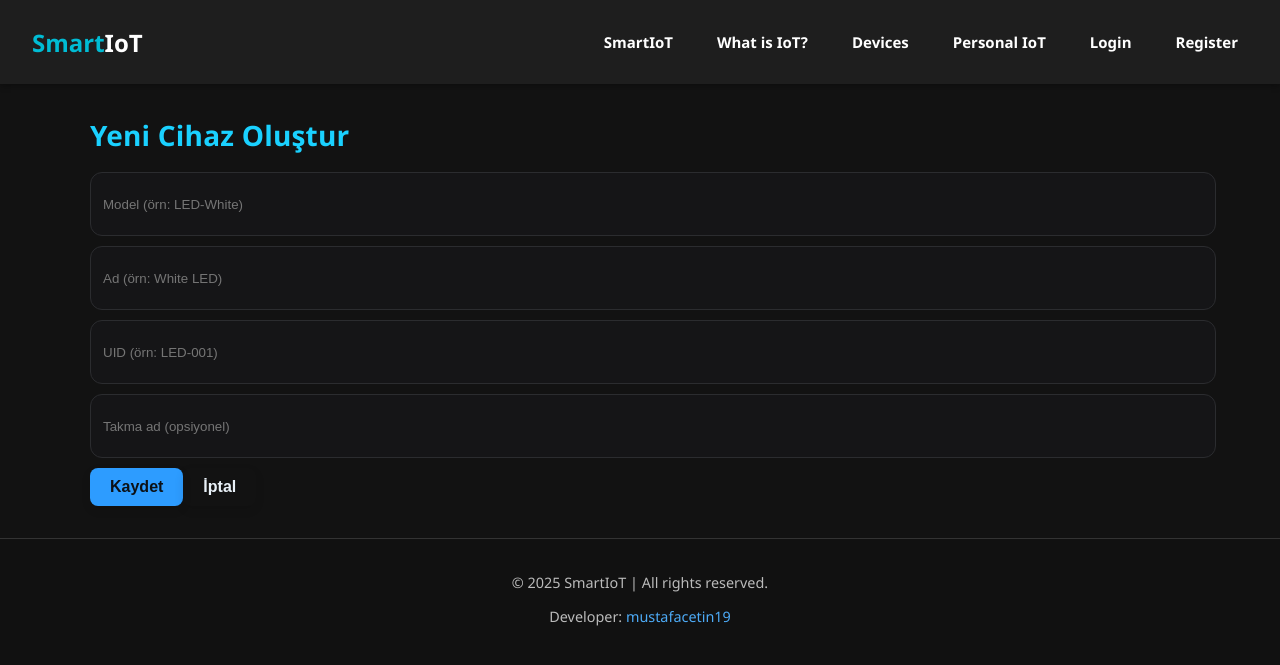
Repository: mustafacetin19/SmartIoT
Page: /my-devices/new (app in Frontend/smartiot-frontend/)
An editor plug-in stored every save of this project. The page is shown before and after the next save, followed by the edit.
The browser window is 1280 px wide. The pictures show the whole page.
The project was rebuilt for these pictures with package versions that can differ from the ones it lists, and the page was loaded fresh each time. Also part of the build but not shown: Frontend/smartiot-frontend/src/components/HeroSection.jsx, Frontend/smartiot-frontend/src/pages/Home.jsx, Frontend/smartiot-frontend/src/pages/LoginPage.js, Frontend/smartiot-frontend/src/pages/RegisterPage.js, Frontend/smartiot-frontend/src/pages/About.css, Frontend/smartiot-frontend/src/pages/About.jsx, Frontend/smartiot-frontend/src/pages/Devices.css, Frontend/smartiot-frontend/src/pages/Devices.jsx and 15 more.

Above is the page before, as saved 2025-08-11 14:14:15.

### Frontend/smartiot-frontend/public/index.html
<!DOCTYPE html>
<html lang="en">
  <head>
    <meta charset="utf-8" />
    <link rel="icon" href="%PUBLIC_URL%/logo-icon.ico" />
    <meta name="viewport" content="width=device-width, initial-scale=1" />
    <meta name="theme-color" content="#000000" />
    <meta
      name="description"
      content="Web site created using create-react-app"
    />
    <link rel="apple-touch-icon" href="%PUBLIC_URL%/logo192.png" />
    <!--
      manifest.json provides metadata used when your web app is installed on a
      user's mobile device or desktop. See https://developers.google.com/web/fundamentals/web-app-manifest/
    -->
    <link rel="manifest" href="%PUBLIC_URL%/manifest.json" />
    <!--
      Notice the use of %PUBLIC_URL% in the tags above.
      It will be replaced with the URL of the `public` folder during the build.
      Only files inside the `public` folder can be referenced from the HTML.

      Unlike "/favicon.ico" or "favicon.ico", "%PUBLIC_URL%/favicon.ico" will
      work correctly both with client-side routing and a non-root public URL.
      Learn how to configure a non-root public URL by running `npm run build`.
    -->
    <title>IoT Panel</title>
  </head>
  <body>
    <noscript>You need to enable JavaScript to run this app.</noscript>
    <div id="root"></div>
    <!--
      This HTML file is a template.
      If you open it directly in the browser, you will see an empty page.

      You can add webfonts, meta tags, or analytics to this file.
      The build step will place the bundled scripts into the <body> tag.

      To begin the development, run `npm start` or `yarn start`.
      To create a production bundle, use `npm run build` or `yarn build`.
    -->
  </body>
</html>

### Frontend/smartiot-frontend/src/App.jsx
// src/App.jsx
import React from 'react';
import { BrowserRouter as Router, Routes, Route, useLocation } from 'react-router-dom';

import Home from './pages/Home';
import LoginPage from './pages/LoginPage';
import RegisterPage from './pages/RegisterPage';
import About from './pages/About';
import Devices from './pages/Devices';
import CustomPanel from './pages/CustomPanel';
import AddDevicePage from './pages/AddDevicePage';
import DeviceSelectionPage from './pages/DeviceSelectionPage';
import UserSettingsPage from './pages/UserSettingsPage';
import DemoPanel from './pages/DemoPanel';
import NotFound from './pages/NotFoundPage';
import DeviceRegistrationPage from './pages/DeviceRegistrationPage';
import RoomCreationPage from './pages/RoomCreationPage';

import Navbar from './components/Navbar';
import Footer from './components/Footer';
import PrivateRoute from './components/PrivateRoute';

function AppContent() {
  const location = useLocation();
  const hideLayoutRoutes = [];
  const hideLayout = hideLayoutRoutes.includes(location.pathname);

  return (
    <>
      {!hideLayout && <Navbar />}
      <Routes>
        {/* Public */}
        <Route path="/" element={<Home />} />
        <Route path="/login" element={<LoginPage />} />
        <Route path="/register" element={<RegisterPage />} />
        <Route path="/about" element={<About />} />
        <Route path="/devices" element={<Devices />} />
        <Route path="/demo-panel" element={<DemoPanel />} />
        <Route path="/my-devices/new" element={<DeviceRegistrationPage />} />

        {/* Private */}
        <Route path="/custom-panel" element={<PrivateRoute><CustomPanel /></PrivateRoute>} />
        <Route path="/add-device" element={<PrivateRoute><AddDevicePage /></PrivateRoute>} />
        <Route path="/select-device" element={<PrivateRoute><DeviceSelectionPage /></PrivateRoute>} />
        <Route path="/rooms/new" element={<PrivateRoute><RoomCreationPage /></PrivateRoute>} />
        <Route path="/user-settings" element={<PrivateRoute><UserSettingsPage /></PrivateRoute>} />

        {/* 404 */}
        <Route path="*" element={<NotFound />} />
      </Routes>
      {!hideLayout && <Footer />}
    </>
  );
}

export default function App() {
  return (
    <Router>
      <AppContent />
    </Router>
  );
}

### Frontend/smartiot-frontend/src/pages/DeviceRegistrationPage.jsx
import { useState } from "react";
import { useNavigate } from "react-router-dom";
import axios from "axios";
import "./DeviceSelectionPage.css"; // aynı stil sınıflarını kullanıyoruz

export default function DeviceRegistrationPage() {
  const navigate = useNavigate();
  const user = JSON.parse(localStorage.getItem("user"));
  const [form, setForm] = useState({
    deviceModel: "",
    deviceName: "",
    deviceUid: "",
    alias: ""
  });
  const [saving, setSaving] = useState(false);
  const [error, setError] = useState("");

  const handle = (e) => setForm({ ...form, [e.target.name]: e.target.value });

  const submit = async (e) => {
    e.preventDefault();
    try {
      setSaving(true); setError("");
      await axios.post("http://localhost:8080/api/user-devices/register", {
        userId: user.id, ...form
      });
      navigate("/select-device", { state: { refreshDevices: true } });
    } catch (err) {
      setError(err?.response?.data?.message || "Kayıt başarısız.");
    } finally {
      setSaving(false);
    }
  };

  return (
    <div className="page">
      <h1 className="title">Yeni Cihaz Oluştur</h1>
      {error && <div className="alert error">{error}</div>}
      <form className="card" onSubmit={submit} style={{ display: "grid", gap: 10 }}>
        <input className="input" name="deviceModel" placeholder="Model (örn: LED-White)" value={form.deviceModel} onChange={handle} required />
        <input className="input" name="deviceName"  placeholder="Ad (örn: White LED)" value={form.deviceName} onChange={handle} required />
        <input className="input" name="deviceUid"   placeholder="UID (örn: LED-001)" value={form.deviceUid} onChange={handle} required />
        <input className="input" name="alias"       placeholder="Takma ad (opsiyonel)" value={form.alias} onChange={handle} />
        <div className="actions">
          <button className="btn primary" type="submit" disabled={saving}>{saving ? "Kaydediliyor…" : "Kaydet"}</button>
          <button className="btn ghost" type="button" onClick={() => navigate("/select-device")}>İptal</button>
        </div>
      </form>
    </div>
  );
}

### Frontend/smartiot-frontend/src/components/Navbar.jsx
import React, { useEffect, useState } from 'react';
import { Link, useLocation, useNavigate } from 'react-router-dom';
import './Navbar.css';

function Navbar() {
  const location = useLocation();
  const navigate = useNavigate();
  const [user, setUser] = useState(null);
  const [dropdownOpen, setDropdownOpen] = useState(false);

  useEffect(() => {
    const stored = localStorage.getItem('user');
    if (stored) {
      setUser(JSON.parse(stored));
    } else {
      setUser(null);
    }
  }, [location]);

  const handleLogout = () => {
    localStorage.removeItem('user');
    setUser(null);
    navigate('/login');
  };

  const toggleDropdown = () => setDropdownOpen(!dropdownOpen);

  return (
    <nav className="navbar">
      <Link to="/" className="navbar-logo">
        <span className="brand-bold">Smart</span>IoT
      </Link>

      <ul className="nav-links">
        <li>
          <Link to="/" className={location.pathname === '/' ? 'active' : ''}>
            SmartIoT
          </Link>
        </li>
        <li>
          <Link to="/about" className={location.pathname === '/about' ? 'active' : ''}>
            What is IoT?
          </Link>
        </li>
        <li>
          <Link to="/devices" className={location.pathname === '/devices' ? 'active' : ''}>
            Devices
          </Link>
        </li>

        {/* ✅ Personal IoT Menüsü */}
        <li className="dropdown">
          <span className="dropdown-title">Personal IoT</span>
          <ul className="dropdown-content">
            <li>
              <Link to="/demo-panel" className={location.pathname === '/demo-panel' ? 'active' : ''}>
                Test Panel
              </Link>
            </li>
            <li>
              <Link to="/custom-panel" className={location.pathname === '/custom-panel' ? 'active' : ''}>
                Custom IoT
              </Link>
            </li>
            <li>
              <Link to="/select-device" className={location.pathname === '/select-device' ? 'active' : ''}>
                Select Device
              </Link>
            </li>
          </ul>
        </li>

        {!user ? (
          <>
            <li><Link to="/login">Login</Link></li>
            <li><Link to="/register">Register</Link></li>
          </>
        ) : (
          <li className="user-menu" onClick={toggleDropdown}>
            <span className="user-name">
              {user.firstName} {user.lastName}
              <span className="dropdown-arrow">▾</span>
            </span>
            {dropdownOpen && (
              <div className="user-dropdown">
                <p><strong>ID:</strong> {user.id}</p>
                <p><strong>Email:</strong> {user.email}</p>
                <Link to="/user-settings" className="dropdown-link">⚙️ Account Settings</Link>
                <button className="logout-button-nav" onClick={handleLogout}>Logout</button>
              </div>
            )}
          </li>
        )}
      </ul>
    </nav>
  );
}

export default Navbar;

### Frontend/smartiot-frontend/src/components/Footer.jsx
import React from 'react';
import './Footer.css';

function Footer() {
  return (
    <footer className="footer">
      <p>&copy; 2025 SmartIoT | All rights reserved.</p>

      <p>
        Developer: <a href="https://github.com/mustafacetin19" target="_blank" rel="noopener noreferrer">mustafacetin19</a>
      </p>
    </footer>
  );
}

export default Footer;

### Frontend/smartiot-frontend/src/pages/Form.css
/* src/components/Form.css */

.background-wrapper {
  background-image: url('./circuit-bg.png');
  background-size: cover;
  background-position: center;
  min-height: 100vh;
  display: flex;
  align-items: center;
  justify-content: center;
  padding: 20px;
  box-sizing: border-box;
}

.form-container {
  max-width: 400px;
  width: 100%;
  padding: 30px 25px;
  background: rgba(255, 255, 255, 0.15);
  backdrop-filter: blur(10px);
  -webkit-backdrop-filter: blur(10px);
  border-radius: 12px;
  box-shadow: 0 8px 32px rgba(0, 0, 0, 0.25);
  border: 1px solid rgba(255, 255, 255, 0.2);
  box-sizing: border-box;
  color: #ffffff;
}

.form-container h2 {
  text-align: center;
  color: #ffffff;
}

.form-container input {
  width: 100%;
  padding: 12px;
  margin: 8px 0;
  border-radius: 6px;
  border: 1px solid #ccc;
  box-sizing: border-box;
  background-color: rgba(255, 255, 255, 0.85);
  color: #000;
}

.form-container input::placeholder {
  color: #666;
}

.form-container button {
  width: 100%;
  padding: 12px;
  background-color: #1976d2;
  color: white;
  border: none;
  border-radius: 6px;
  cursor: pointer;
  font-weight: bold;
  font-size: 15px;
}

.form-container button:hover {
  background-color: #1565c0;
}

.form-container p {
  text-align: center;
  margin-top: 10px;
  color: #dddddd;
}

.login-logo {
  width: 80px;
  height: auto;
  display: block;
  margin: 0 auto 20px auto;
  object-fit: contain;
}

.error-box {
  width: fit-content;
  max-width: 260px;
  padding: 10px 16px;
  margin: 16px auto 0 auto;
  background-color: #ffcdd2;
  color: #b71c1c;
  border-radius: 6px;
  text-align: center;
  font-weight: bold;
  font-size: 14px;
  box-shadow: 0 0 10px rgba(183, 28, 28, 0.5);
  animation: fadeOut 1s ease-in-out forwards;
  animation-delay: 4s;
}

@keyframes fadeOut {
  0%   { opacity: 1; }
  90%  { opacity: 1; }
  100% { opacity: 0; }
}

/* Sadece form içindeki linkler */
.form-container a,
.form-container a:visited {
  color: #64b5f6 !important;
  font-weight: bold;
  text-decoration: none;
  transition: color 0.3s ease;
}

.form-container a:hover {
  color: #ffffff;
  text-decoration: underline;
}

.password-rules {
  font-size: 13px;
  margin: 12px 0;
  padding-left: 20px;
  color: #eeeeee;
  list-style-type: disc;
  opacity: 0.8;
}

.password-rules li {
  margin-bottom: 4px;
}

/* Navbar logoyu etkilemesin diye garantili stiller */
.navbar .brand-text {
  color: white !important;
  font-size: 22px;
  font-weight: bold;
  text-decoration: none !important;
}

.navbar .brand-bold {
  color: #00bcd4 !important;
  font-weight: 700;
}

/* === Page Fade In Animation === */
.page-fade {
  animation: fadeIn 0.5s ease-in-out;
}

@keyframes fadeIn {
  from {
    opacity: 0;
    transform: translateY(10px);
  }
  to {
    opacity: 1;
    transform: translateY(0);
  }
}

### Frontend/smartiot-frontend/src/pages/DeviceSelectionPage.css
.page {
  max-width: 1100px;
  margin: 32px auto;
  padding: 0 16px;
}
.title {
  font-size: 28px;
  margin: 0 0 18px;
  color: #1ad1ff;
  letter-spacing: .2px;
}

.card.center {
  background: radial-gradient(1200px 400px at 50% -20%, rgba(0, 150, 255, 0.08), transparent),
              #0e0e0f;
  border: 1px solid rgba(0, 200, 255, 0.15);
  border-radius: 16px;
  padding: 22px;
  margin: 0 auto;
  max-width: 920px;
  box-shadow: 0 8px 30px rgba(0,0,0,.35);
}

.inline-form {
  display: grid;
  grid-template-columns: 1.1fr 1.1fr 1fr auto;
  gap: 12px;
  align-items: center;
}
@media (max-width: 900px) {
  .inline-form { grid-template-columns: 1fr; }
}

.field { position: relative; }
.with-icon .icon {
  position: absolute;
  top: 50%; left: 10px;
  transform: translateY(-50%);
  opacity: .85;
}
.with-icon .input { padding-left: 36px; }

.input {
  width: 100%;
  min-height: 42px;
  padding: 10px 12px;
  border-radius: 12px;
  background: #151517;
  border: 1px solid #2b2c2f;
  color: #e9f1f8;
  outline: none;
}
.input:focus {
  border-color: #00b4ff;
  box-shadow: 0 0 0 3px rgba(0,180,255,.18);
}

.btn {
  border: 1px solid #2b2c2f;
  background: #18191c;
  color: #e9f1f8;
  padding: 10px 14px;
  border-radius: 12px;
  font-weight: 600;
  cursor: pointer;
  transition: transform .05s ease, background .2s ease, border-color .2s ease;
}
.btn:hover { transform: translateY(-1px); }
.btn.primary {
  background: #2d9cff;
  border-color: #2d9cff;
  color: #0c1116;
}
.btn.ghost { background: transparent; }

.quicklinks {
  margin-top: 12px;
  display: flex;
  gap: 8px;
  justify-content: center;
}

.alert {
  border-radius: 10px;
  padding: 10px 12px;
  margin-bottom: 12px;
  background: #3a1212;
  border: 1px solid #5a1a1a;
  color: #ffb4b4;
}
.skeleton { opacity: .9; padding: 10px 12px; }

### Frontend/smartiot-frontend/src/pages/UserSettingsPage.css
/* General Button Style */
.btn {
  display: inline-flex;
  align-items: center;
  justify-content: center;
  padding: 10px 18px;
  font-size: 16px;
  font-weight: 600;
  border-radius: 12px;
  border: none;
  cursor: pointer;
  transition: background-color 0.3s ease, transform 0.2s ease;
  box-shadow: 0 4px 10px rgba(0,0,0,0.1);
}

/* Variants */
.btn-add {
  background-color: #00c853;
  color: white;
}
.btn-add:hover {
  background-color: #00b342;
  transform: translateY(-2px);
}

.btn-remove {
  background-color: #ff5252;
  color: white;
}
.btn-remove:hover {
  background-color: #ff1744;
  transform: translateY(-2px);
}

.btn-deactivate {
  background-color: #ffab00;
  color: #212121;
}
.btn-deactivate:hover {
  background-color: #ff9100;
  transform: translateY(-2px);
}

/* Icon support */
.btn i {
  margin-right: 8px;
}

/* src/pages/UserSettingsPage.css */
.user-settings-page {
  max-width: 600px;
  margin: auto;
  padding: 2rem;
  background: #1e1e2f;
  border-radius: 12px;
  box-shadow: 0 0 10px rgba(0,0,0,0.5);
  color: #f0f0f0;
}

.user-info p {
  margin: 10px 0;
  font-size: 1rem;
}

.settings-buttons {
  margin-top: 20px;
  display: flex;
  justify-content: center;
}

.btn {
  display: inline-flex;
  align-items: center;
  gap: 8px;
  font-size: 1rem;
  padding: 10px 20px;
  border-radius: 8px;
  border: none;
  cursor: pointer;
  font-weight: 600;
  transition: all 0.3s ease;
}

.btn-deactivate {
  background-color: #ff4d4f;
  color: white;
}

.btn-deactivate:hover {
  background-color: #cc0000;
}

.error-msg {
  margin-top: 1rem;
  color: #ff6b6b;
  font-weight: bold;
}

.panel-container {
  margin-top: 100px;           /* Daha aşağıda başlasın */
  padding: 40px;
  background-color: #1a1a2e;
  border-radius: 16px;
  box-shadow: 0 8px 24px rgba(0, 0, 0, 0.4);
  animation: fadeInSlide 0.6s ease-in-out; /* ✨ Geçiş efekti */
}

@keyframes fadeInSlide {
  0% {
    opacity: 0;
    transform: translateY(30px);
  }
  100% {
    opacity: 1;
    transform: translateY(0);
  }
}

.settings-wrapper {
  display: flex;
  justify-content: center;
  align-items: center;
  padding-top: 100px;
  min-height: 80vh;
}

.panel-container {
  background: rgba(20, 20, 30, 0.9); /* sadece rengi koyulaştır */
  color: #e0e0e0;                    /* yazı rengini biraz yumuşat */
  backdrop-filter: blur(6px);       /* hafif cam efekti (isteğe bağlı) */
  border: 1px solid rgba(255, 255, 255, 0.08); /* çok hafif çerçeve */
}

### Frontend/smartiot-frontend/src/components/Navbar.css
.navbar {
  background-color: #1e1e1e;
  padding: 12px 32px;
  display: flex;
  justify-content: space-between;
  align-items: center;
  font-family: 'Segoe UI', Tahoma, Geneva, Verdana, sans-serif;
  box-shadow: 0 2px 6px rgba(0, 0, 0, 0.3);
  height: 60px;
}

.navbar-logo {
  color: white;
  font-size: 24px;
  font-weight: bold;
  text-decoration: none;
  display: flex;
  align-items: center;
  height: 100%;
}

.navbar-logo .brand-bold {
  color: #00bcd4;
}

.nav-links {
  display: flex;
  align-items: center;
  list-style: none;
  gap: 24px;
  margin: 0;
  padding: 0;
  height: 100%;
}

.nav-links li {
  display: flex;
  align-items: center;
  height: 100%;
  position: relative;
}

.nav-links li a,
.dropdown-title {
  color: white;
  text-decoration: none;
  font-weight: 600;
  font-size: 15px;
  padding: 8px 10px;
  transition: color 0.2s ease;
  display: flex;
  align-items: center;
  height: 100%;
}

.nav-links li a:hover,
.nav-links li a.active,
.dropdown-title:hover {
  color: #00d0ff;
}

/* ⬇️ Dropdown stilleri */
.dropdown {
  position: relative;
}

.dropdown-content {
  display: none;
  position: absolute;
  top: 100%;
  left: 0;
  background-color: #2c2c2c;
  border-radius: 4px;
  padding: 8px 0;
  min-width: 160px;
  z-index: 10;
  box-shadow: 0 2px 6px rgba(0, 0, 0, 0.4);
}

.dropdown:hover .dropdown-content {
  display: block;
}

.dropdown-content li {
  padding: 6px 16px;
}

.dropdown-content a {
  display: block;
  color: white;
  text-decoration: none;
  font-weight: 500;
  font-size: 14px;
}

.dropdown-content a:hover,
.dropdown-content a.active {
  background-color: #3a3a3a;
  color: #00d0ff;
  border-radius: 4px;
}

/* ✅ Kullanıcı Menüsü */
.user-menu {
  position: relative;
  display: flex;
  align-items: center;
  cursor: pointer;
}

.user-name {
  color: #00e5ff;
  font-weight: 600;
  padding: 8px 10px;
  transition: color 0.2s ease;
}

.user-name:hover {
  color: #00ffff;
}

.user-dropdown {
  position: absolute;
  right: 0;
  top: 100%;
  background: #2c2c2c;
  border: 1px solid #00e5ff;
  border-radius: 8px;
  padding: 12px;
  min-width: 200px;
  z-index: 999;
  box-shadow: 0 2px 8px rgba(0, 0, 0, 0.4);
}

.user-dropdown p {
  margin: 6px 0;
  color: white;
  font-size: 14px;
}

.user-dropdown button {
  margin-top: 8px;
  padding: 6px 12px;
  width: 100%;
  background: #c62828;
  color: white;
  border: none;
  border-radius: 6px;
  cursor: pointer;
  font-weight: bold;
  font-size: 14px;
}

.user-dropdown button:hover {
  background: #e53935;
}

/* Logout düğmesi eski */
.logout-button-nav {
  padding: 6px 12px;
  background-color: #c62828;
  color: white;
  border: none;
  border-radius: 6px;
  cursor: pointer;
  font-weight: bold;
  font-size: 14px;
}

.logout-button-nav:hover {
  background-color: #e53935;
}

.dropdown-arrow {
  font-size: 14px;
  color: #00e5ff;
  margin-left: 4px;
  transform: translateY(1px);
}

### Frontend/smartiot-frontend/src/components/Footer.css
.footer {
  background-color: #111; /* Darker background */
  color: #bbb;            /* Softer white text */
  text-align: center;
  padding: 20px 10px;
  margin-top: auto;
  border-top: 1px solid #333;
  font-size: 0.9rem;
}

.footer a {
  color: #4dabf7; /* Light blue */
  text-decoration: none;
  font-weight: 500;
}

.footer a:hover {
  color: #82cfff;
  text-decoration: underline;
}

@media (max-width: 600px) {
  .footer {
    font-size: 0.8rem;
    padding: 15px 8px;
  }
}

### Frontend/smartiot-frontend/src/components/HeroSection.css
/* src/components/HeroSection.css */
.hero-section {
  height: 100vh;
  background-size: cover;
  background-position: center;
  background-repeat: no-repeat;
  position: relative;
  display: flex;
  align-items: center;
  justify-content: center;
  overflow: hidden;
}

.hero-overlay {
  background-color: rgba(0, 0, 0, 0.6);
  width: 100%;
  height: 100%;
  padding: 0 20px;
  display: flex;
  align-items: center;
  justify-content: center;
}

.hero-content {
  text-align: center;
  color: white;
  max-width: 800px;
  animation: fadeInUp 1s ease-in-out;
}

.hero-content h1 {
  font-size: 3.2rem;
  margin-bottom: 20px;
  font-weight: bold;
}

.hero-content p {
  font-size: 1.3rem;
  margin-bottom: 40px;
  opacity: 0.9;
}

.hero-buttons {
  display: flex;
  flex-wrap: wrap;
  justify-content: center;
  gap: 15px;
}

.btn {
  padding: 12px 25px;
  font-size: 16px;
  border-radius: 30px;
  font-weight: bold;
  border: none;
  cursor: pointer;
  text-decoration: none;
  transition: 0.3s ease-in-out;
}

.btn-primary {
  background-color: #00aaff;
  color: white;
}

.btn-secondary {
  background-color: #ffaa00;
  color: white;
}

.btn-outline {
  background-color: transparent;
  border: 2px solid white;
  color: white;
}

.btn:hover {
  transform: translateY(-3px);
  opacity: 0.85;
}

@keyframes fadeInUp {
  from {
    transform: translateY(30px);
    opacity: 0;
  }
  to {
    transform: translateY(0px);
    opacity: 1;
  }
}

@media (max-width: 768px) {
  .hero-content h1 {
    font-size: 2rem;
  }

  .hero-content p {
    font-size: 1rem;
  }

  .btn {
    width: 100%;
    padding: 12px;
  }
}

Loaded but not shown: Frontend/smartiot-frontend/src/index.css (common file); Frontend/smartiot-frontend/src/reportWebVitals.js (common file); Frontend/smartiot-frontend/src/index.js (14 lines, source omitted); Frontend/smartiot-frontend/src/components/Panel.css (210 lines, source omitted)

After the next save:
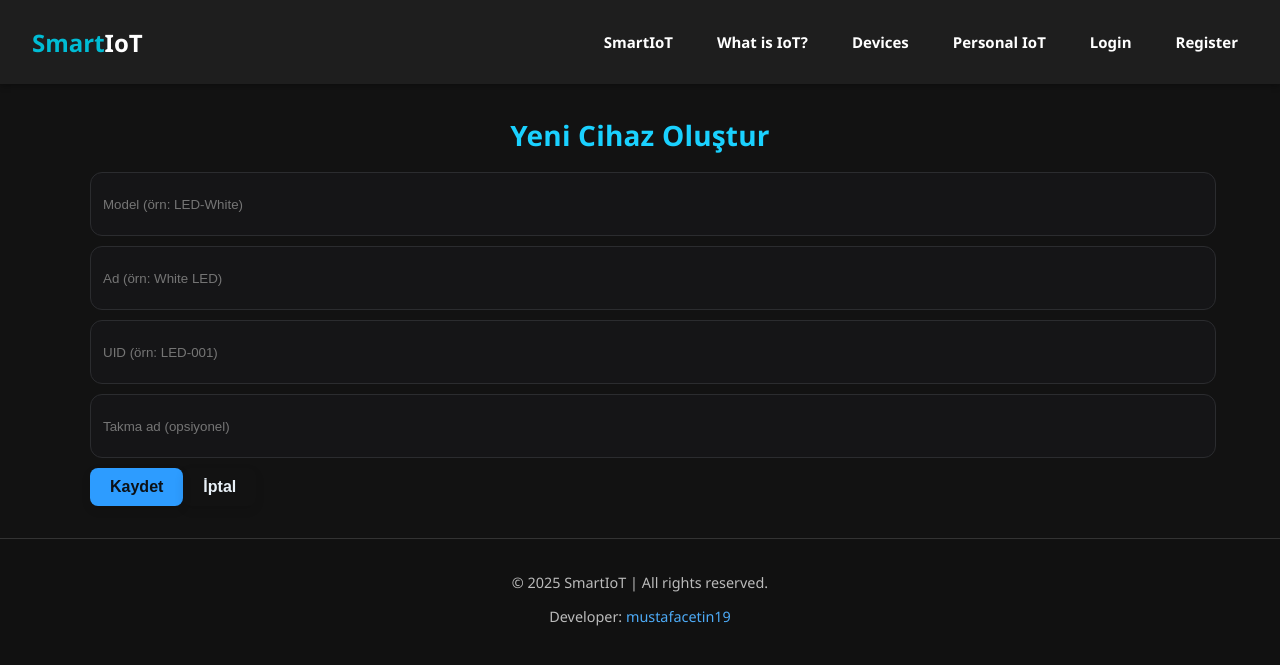
Saved 16 min 14 s later.
--- a/Frontend/smartiot-frontend/src/pages/DeviceSelectionPage.css
+++ b/Frontend/smartiot-frontend/src/pages/DeviceSelectionPage.css
@@ -3,11 +3,13 @@
   margin: 32px auto;
   padding: 0 16px;
 }
+
 .title {
   font-size: 28px;
   margin: 0 0 18px;
   color: #1ad1ff;
   letter-spacing: .2px;
+  text-align: center;          /* 👈 başlığı ortala */
 }
 
 .card.center {
@@ -23,7 +25,7 @@
 
 .inline-form {
   display: grid;
-  grid-template-columns: 1.1fr 1.1fr 1fr auto;
+  grid-template-columns: 1.1fr 1.1fr 1fr auto; /* 👈 hizalı */
   gap: 12px;
   align-items: center;
 }
@@ -32,6 +34,7 @@
 }
 
 .field { position: relative; }
+
 .with-icon .icon {
   position: absolute;
   top: 50%; left: 10px;
@@ -66,18 +69,22 @@
   transition: transform .05s ease, background .2s ease, border-color .2s ease;
 }
 .btn:hover { transform: translateY(-1px); }
+
 .btn.primary {
   background: #2d9cff;
   border-color: #2d9cff;
   color: #0c1116;
 }
-.btn.ghost { background: transparent; }
+
+.btn.ghost {
+  background: transparent;
+}
 
 .quicklinks {
   margin-top: 12px;
   display: flex;
   gap: 8px;
-  justify-content: center;
+  justify-content: center;    /* 👈 butonları ortala */
 }
 
 .alert {
@@ -88,4 +95,8 @@
   border: 1px solid #5a1a1a;
   color: #ffb4b4;
 }
-.skeleton { opacity: .9; padding: 10px 12px; }
+
+.skeleton {
+  opacity: .9;
+  padding: 10px 12px;
+}
